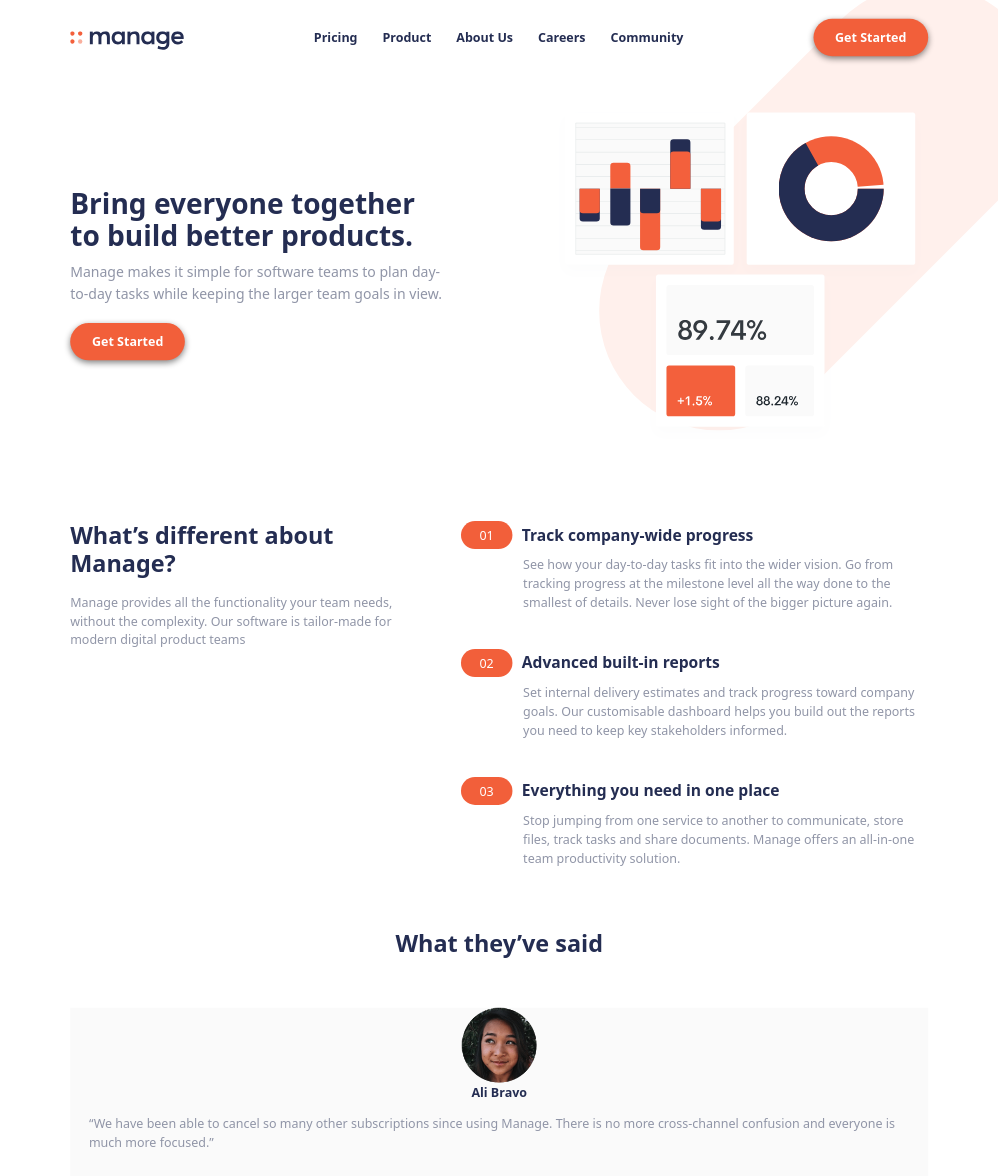
Repository: aqib-01/manage-landing-page
Page: /
These files come from the project's save history. The page is drawn as it stood at one moment and after a run of saves; the edit follows.
The browser window is 1280 px wide. The pictures show the whole page, at 78% of full size.
The project was rebuilt for these pictures with package versions that can differ from the ones it lists, and the page was loaded fresh each time.

Above is the page before, as saved 2022-05-12 21:22:32.

After the next 2 saves:
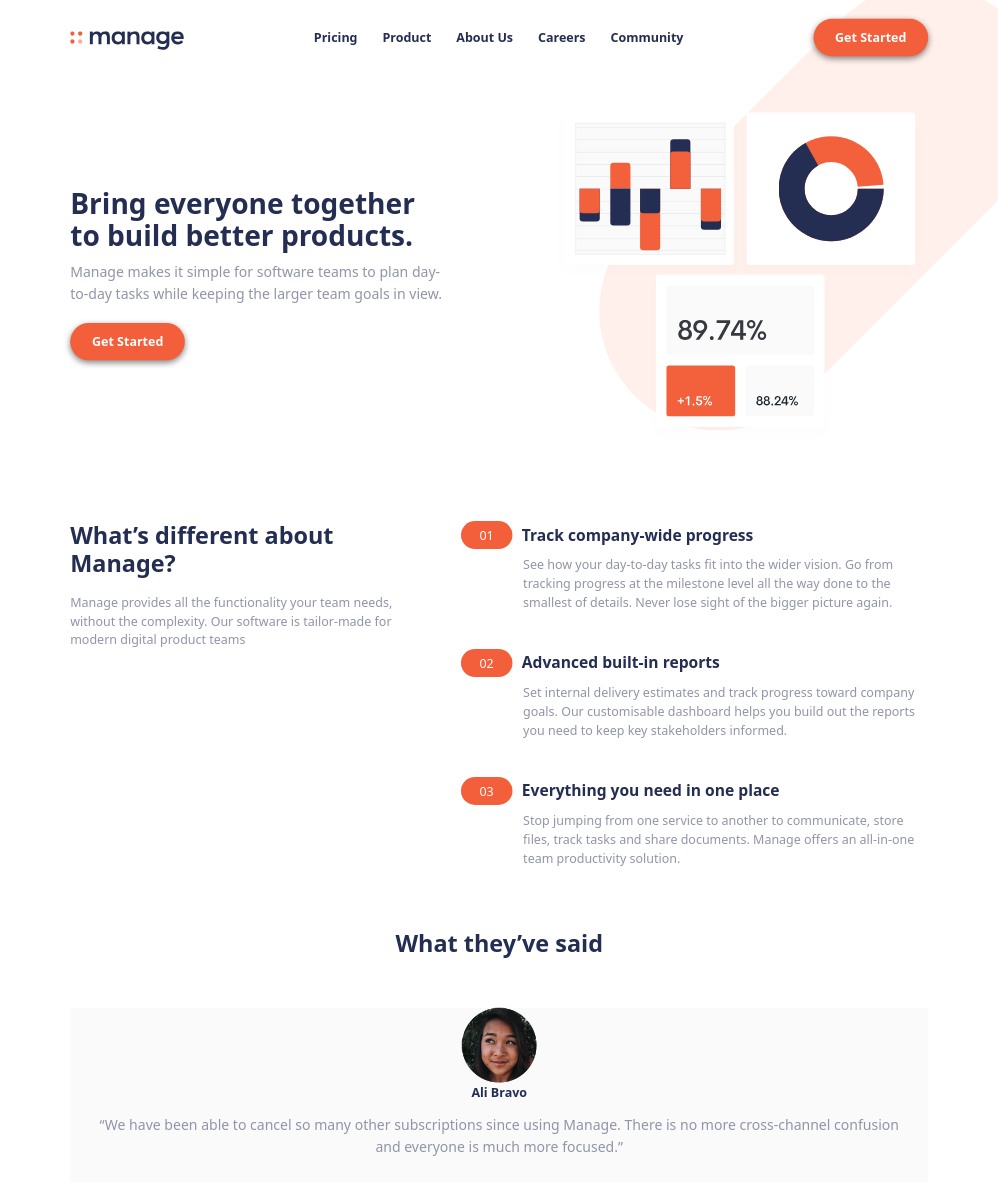
The 2 saves are shown as one change because they came seconds apart.
The last was saved 17 s later.
--- a/src/components/Testimonials.js
+++ b/src/components/Testimonials.js
@@ -18,7 +18,7 @@ const Testimonials = () => {
               <h5 className="text-dark-blue font-semibold text-center">
                 Ali Bravo
               </h5>
-              <p className="mt-4 text-dark-grayish-blue">
+              <p className="mt-4 text-dark-grayish-blue text-center text-lg">
                 “We have been able to cancel so many other subscriptions since
                 using Manage. There is no more cross-channel confusion and
                 everyone is much more focused.”
